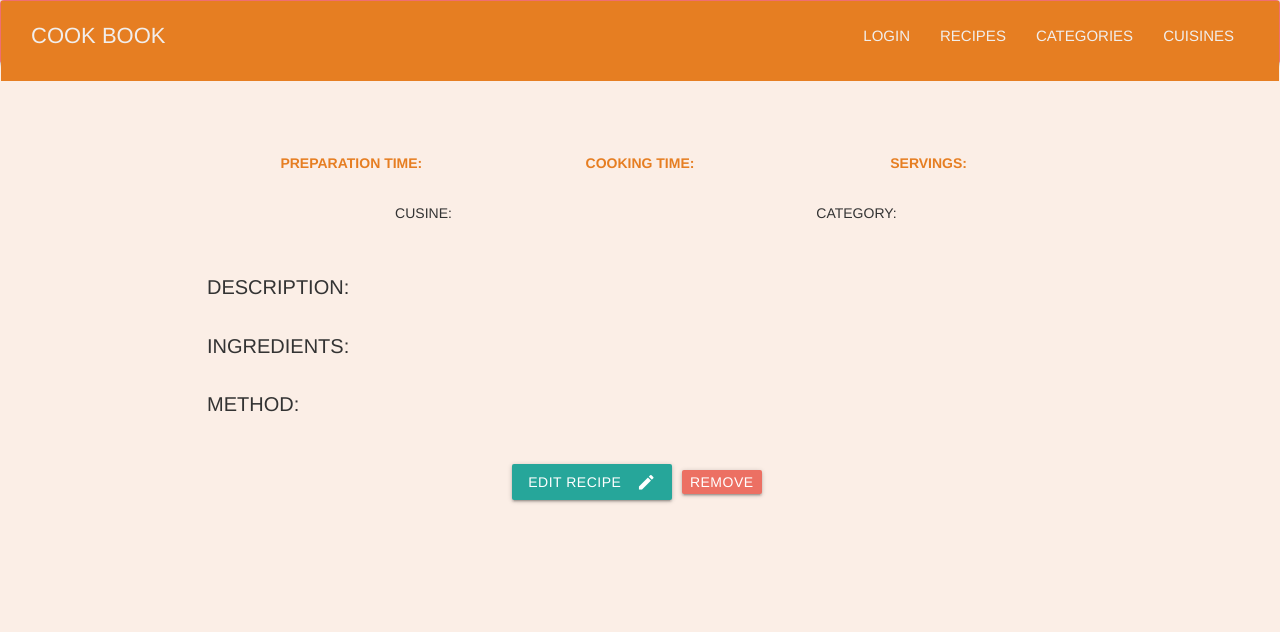
Repository: atena123/COOK-BOOK
Page: templates/viewrecipe.html
The author's editor kept a record of every edit. The page is drawn from the files as they stood at one moment, then again after the next edit.
The browser window is 1280 px wide. The pictures show the whole page.
Some web libraries are served in a nearby version. The page is served by the project's application, run on Flask 3 (app.py). The template is opened directly, without the code that normally fills it, so the values that code supplies are empty.

Above is the page before.

### templates/viewrecipe.html
{% extends 'base.html' %}

    {% block content %}


    <h3>{{recipe.recipe_name}}</h3>

    <div class="row small-headings">
        <div class="col s4 heading">
        <p>PREPARATION TIME: {{recipe.preparation_time}}</p>
        </div>
        <div class="col s4 heading">
        <p>COOKING TIME: {{recipe.cooking_time}}</p>
        </div>
        <div class="col s4 heading">
        <p>SERVINGS: {{recipe.recipe_servings}}</p>
        </div>
    </div>


    <div class="row">
        <div class="col s6 heading">
        <p>CUSINE: {{recipe.cusine_name}}</p>
        </div>
        <div class="col s6 heading">
        <p>CATEGORY: {{recipe.category_name}}</p>
        </div>
    </div>

        <p class="large-heading">DESCRIPTION:</p>
        {{recipe.recipe_description}}


        <p class="large-heading">INGREDIENTS:</p>
        {{recipe.recipe_ingredients}}


        <p class="large-heading">METHOD:</p>
        {{recipe.recipe_method}}



    <div class="row edit_recipe_button">
    <a href="{{url_for('edit_recipe', recipe_id=recipe._id)}}" class="waves-effect waves-light btn"><i class="material-icons right">edit</i>EDIT RECIPE</a>
    <a href="{{url_for('delete_recipe', recipe_id=recipe._id)}}" class="waves-effect waves-light btn button remove-button">REMOVE</a>
    </div>

    {% endblock %}

### templates/base.html
<!DOCTYPE html>
<html>
    <head>
        <meta http-equiv="X-UA-Compatible" content="IE=edge">
        <meta name="viewport" content="width=device-width, initial-scale=1">
        <link rel="stylesheet" href="https://maxcdn.bootstrapcdn.com/bootstrap/3.3.7/css/bootstrap.min.css" type="text/css" />
        <link href="https://fonts.googleapis.com/icon?family=Material+Icons" rel="stylesheet">
        <link rel="stylesheet" href="https://cdnjs.cloudflare.com/ajax/libs/materialize/1.0.0/css/materialize.min.css">
        <link rel="stylesheet" href="{{url_for('static', filename='css/style.css')}}" type="text/css" />
        <title>COOK BOOK</title>
    </head>
    <body>
        <!--Navbar-->
        <nav class="navbar">
            <div class="container-fluid navbar-container navbar-default bg-color-navbar">
                <div class="row">
                    <div class="col-xs-12">
                        <div class="navbar-header">
                            <button type="button" class="navbar-toggle collapsed" data-toggle="collapse" data-target="#bs-example-navbar-collapse-1" aria-expanded="false">
                                <span class="sr-only">Toggle navigation</span>
                                <span class="icon-bar"></span>
                                <span class="icon-bar"></span>
                                <span class="icon-bar"></span>
                            </button>
                            <a class="navbar-brand" href="{{url_for('find_recipes')}}">COOK BOOK</a>
                        </div>
                        <div class="collapse navbar-collapse" id="bs-example-navbar-collapse-1">
                            <ul class="nav navbar-nav navbar-right">
                                <li><a href="{{url_for('find_recipes')}}">LOGIN</a></li>
                                <li><a href="{{url_for('find_recipes')}}">RECIPES</a></li>
                                <li><a href="{{url_for('find_categories')}}">CATEGORIES</a></li>
                                <li><a href="{{url_for('find_cuisines')}}">CUISINES</a></li>
                            </ul>
                        </div>
                    </div>
                </div>
            </div>
        </nav>
        <!--/.Navbar-->
        <div class="container">
        {% block content %}

        {% endblock %}
        </div>
        <script src="https://code.jquery.com/jquery-3.3.1.min.js" integrity="sha256-FgpCb/KJQlLNfOu91ta32o/NMZxltwRo8QtmkMRdAu8=" crossorigin="anonymous"></script>
        <script src="https://maxcdn.bootstrapcdn.com/bootstrap/3.3.7/js/bootstrap.min.js" integrity="sha384-Tc5IQib027qvyjSMfHjOMaLkfuWVxZxUPnCJA7l2mCWNIpG9mGCD8wGNIcPD7Txa" crossorigin="anonymous"></script>
        <script src="https://cdnjs.cloudflare.com/ajax/libs/jquery/3.2.1/jquery.min.js"></script>
        <script src="https://cdnjs.cloudflare.com/ajax/libs/materialize/1.0.0/js/materialize.min.js"></script>
        <script type="text/javascript">
        $(document).ready(function(){
        $('.collapsible').collapsible();
        $('select').formSelect();
        });
        </script>

    </body>
</html>

### app.py
import os
from flask import Flask, render_template, redirect, request, url_for, session, flash
from flask_pymongo import PyMongo
from bson.objectid import ObjectId


from dotenv import load_dotenv
load_dotenv()

app = Flask(__name__)
app.secret_key =os.environ.get('SECRET_KEY')

app.config["MONGO_DBNAME"] ='COOK-BOOK'
app.config["MONGO_URI"]=os.environ.get('MONGO_URI')

mongo = PyMongo(app)






#-------------Registration & Login-------------


@app.route('/')
def index():
        return render_template('index.html')


@app.route('/login', methods=['POST'])
def login():
        users = mongo.db.users
        login_user = users.find_one({'name': request.form['username']})

        if login_user:
                if request.form['pass'] and login_user['password'] == login_user['password']:
                        session['username'] = request.form['username']
                        return redirect(url_for('find_recipes'))

        return redirect(url_for('register'))



@app.route('/register', methods=['POST', 'GET'])
def register():
        if request.method == 'POST':
            users = mongo.db.users
            existing_user = users.find_one({'name': request.form['username']})

            if existing_user is None:
                    hashpass = request.form['pass']
                    users.insert({'name': request.form['username'], 'password': hashpass})
                    session['username'] = request.form['username']
                    return redirect(url_for('index'))

            return render_template('register.html')

        return render_template('register.html')


@app.route('/logout')
def logout():
        session.pop('username', None)
        return redirect(url_for('index'))





#-------------RECIPES-------------


@app.route('/find_recipes')
def find_recipes():
        """Find Recipe Page"""
        return render_template("recipes.html", recipes=mongo.db.recipes.find(), categories=mongo.db.categories.find())


@app.route('/add_recipe')
def add_recipe():
        """Add Recipe Page"""
        all_categories = mongo.db.categories.find()
        all_cuisines = mongo.db.cuisines.find()
        return render_template('add_recipe.html', categories=all_categories, cuisines=all_cuisines)


@app.route('/find_recipes/<category>')
def find_recipes_by_category(category):
        """Find Recipe By Category"""
        return render_template("recipes.html", recipes=mongo.db.recipes.find({"category_name":category}), categories=mongo.db.categories.find())


@app.route('/insert_recipe', methods=['POST'])
def insert_recipe():
        """Enable To Add Recipe And Redirect To Recipe Page"""
        recipes=mongo.db.recipes
        recipes.insert_one(request.form.to_dict())
        return redirect(url_for('find_recipes'))


@app.route('/view_recipe/<recipe_id>')
def view_recipe(recipe_id):
        """Enable To View Particular Recipe"""
        recipes =  mongo.db.recipes
        my_recipe =  mongo.db.recipes.find_one({"_id": ObjectId(recipe_id)})
        return render_template('view_recipe.html', recipe=my_recipe)


@app.route('/edit_recipe/<recipe_id>')
def edit_recipe(recipe_id):
        """Enable To Edit Particular Recipe"""
        this_recipe = mongo.db.recipes.find_one({"_id": ObjectId(recipe_id)})
        all_categories = mongo.db.categories.find()
        all_cuisines = mongo.db.cuisines.find()
        return render_template('edit_recipe.html', recipe=this_recipe,
                            categories=all_categories, cuisines=all_cuisines)


@app.route('/update_recipe/<recipe_id>', methods= ['POST'])
def update_recipe(recipe_id):
        """Enable To Update Recipe And Redirect To Recipe Page"""
        recipes=mongo.db.recipes
        recipes.update({"_id": ObjectId(recipe_id)},

        {
        'category_name': request.form.get('category_name'),
        'recipe_name': request.form.get('recipe_name'),
        'recipe_ingredients': request.form.get('recipe_ingredients'),
        'recipe_method': request.form.get('recipe_method'),
        'recipe_description': request.form.get('recipe_description'),
        'preparation_time': request.form.get('preparation_time'),
        'recipe_servings': request.form.get('recipe_servings'),
        'cuisine_name': request.form.get('cuisine_name'),
        'cooking_time': request.form.get('cooking_time'),
        'name': request.form.get('name')
        })

        return redirect(url_for('find_recipes'))


@app.route('/delete_recipe/<recipe_id>')
def delete_recipe(recipe_id):
        """Enable To Delete Particular Recipe"""
        mongo.db.recipes.remove({'_id': ObjectId(recipe_id)})
        return redirect(url_for('find_recipes'))










#-------CATEGORIES--------

@app.route('/find_categories')
def find_categories():
        """Find Categories Page"""
        return render_template('categories.html', categories=mongo.db.categories.find())


@app.route('/new_category')
def new_category():
        """Add Category Page"""
        return render_template('add_category.html')


@app.route('/add_category', methods=['POST'])
def add_category():
        """Enable To Add Category And Redirect To Categories Page"""
        my_category = {'category_name': request.form.get('category_name')}
        mongo.db.categories.insert_one(my_category)
        return redirect(url_for('find_categories'))


@app.route('/edit_category/<category_id>')
def edit_category(category_id):
        """Edit Category Page"""
        return render_template('edit_category.html', category=mongo.db.categories.find_one({'_id': ObjectId(category_id)}))


@app.route('/update_category/<category_id>', methods=['POST'])
def update_category(category_id):
        """Enable To Update Category And Redirect To Cateories Page"""
        mongo.db.categories.update({'_id': ObjectId(category_id)}, {'category_name': request.form.get('category_name')})
        return redirect(url_for('find_categories'))








#-------Cuisines---------

@app.route('/find_cuisines')
def find_cuisines():
        """Cuisines Page"""
        return render_template('cuisines.html', cuisines=mongo.db.cuisines.find())


@app.route('/edit_cuisine/<cuisine_id>')
def edit_cuisine(cuisine_id):
        """Enable Edit Cuisine Page"""
        return render_template('edit_cuisine.html', cuisine=mongo.db.cuisines.find_one({'_id': ObjectId(cuisine_id)}))


@app.route('/add_cuisine')
def add_cuisine():
        """Add Cuisine Page"""
        return render_template('add_cuisine.html')


@app.route('/new_cuisine', methods=['POST'])
def new_cuisine():
        """Enable To Add New Cusine And Redirect To Cusines Page"""
        my_cuisine = {'cuisine_name': request.form.get('cuisine_name')}
        mongo.db.cuisines.insert_one(my_cuisine)
        return redirect(url_for('find_cuisines'))


@app.route('/update_cuisine/<cuisine_id>', methods=['POST'])
def update_cuisine(cuisine_id):
        """Enable To Update Cuisine And Redirect To Cuisines Page"""
        mongo.db.cuisines.update({'_id': ObjectId(cuisine_id)}, {'cuisine_name': request.form.get('cuisine_name')})
        return redirect(url_for('find_cuisines'))



if __name__ == '__main__':
        app.run(host=os.environ.get('IP'),
        port=int(os.environ.get('PORT')),
        debug=True)

### static/css/style.css
* {
    margin: 0;
    padding: 0;
}

body {
    background-color: #FBEEE6;
}

h3, h6 {
    text-align: center;
}

h6 {
    padding-bottom: 40px;
}

h1 {
    text-align: center;
    margin-top: 200px;
}

.login-form {
    text-align: center;
    padding-top: 20px;
}

/*------------------------View Page-----------------------*/

.heading {
    text-align: center;
}

.large-heading {
    font-size: 20px;
    padding-top: 20px;
}

.small-headings {
    padding-top: 40px;
}

.small-headings p {
    color: #E67E22;
    font-weight: bold;
}

/*-------------------------Small Buttons--------------------*/

.button {
    height: 24px;
    width: 80px;
    line-height: 24px;
    margin: 6px 6px;
    padding: 0 0.5em;

}

.small-buttons {
    text-align: right;
}

.view-button, .edit-button {
    background-color: #5DADE2;
}

.view-button:hover, .edit-button:hover {
    background-color: #2E86C1;
    color: white;
}

.remove-button {
    background-color: #EC7063;
}

.remove-button:hover {
    background-color: #CB4335;
    color: white;
}




/*-------------------------Big Buttons---------------*/


.add_recipe_button,
.update_recipe_button {
    text-align: center;
}

.edit_recipe_button {
    text-align: center;
    padding-top: 35px;
}



/*-------------------------Navbar-------------------------*/

.bg-color-navbar {
    background-color: #E67E22;
}

.navbar-default .navbar-brand {
    color: #F1EEEC;
    padding-top: 25px;
    font-size: 22px;
    transition: color 0.7s ease-in-out;
    -o-transition: color 0.7s ease-in-out;
    -moz-transition: color 0.7s ease-in-out;
    -webkit-transition: color 0.7s ease-in-out;
}


.navbar-default .navbar-brand:hover {
    color: #3B3B3A;
}


.navbar-default .navbar-nav>li>a {
    color: #F1EEEC;
    padding-top: 25px;
    transition: color 0.5s ease-in-out;
    -o-transition: color 0.5s ease-in-out;
    -moz-transition: color 0.5s ease-in-out;
    -webkit-transition: color 0.5s ease-in-out;

 }


.navbar-default .navbar-nav>li>a:hover {
    color: #3B3B3A;
}

After the next edit:
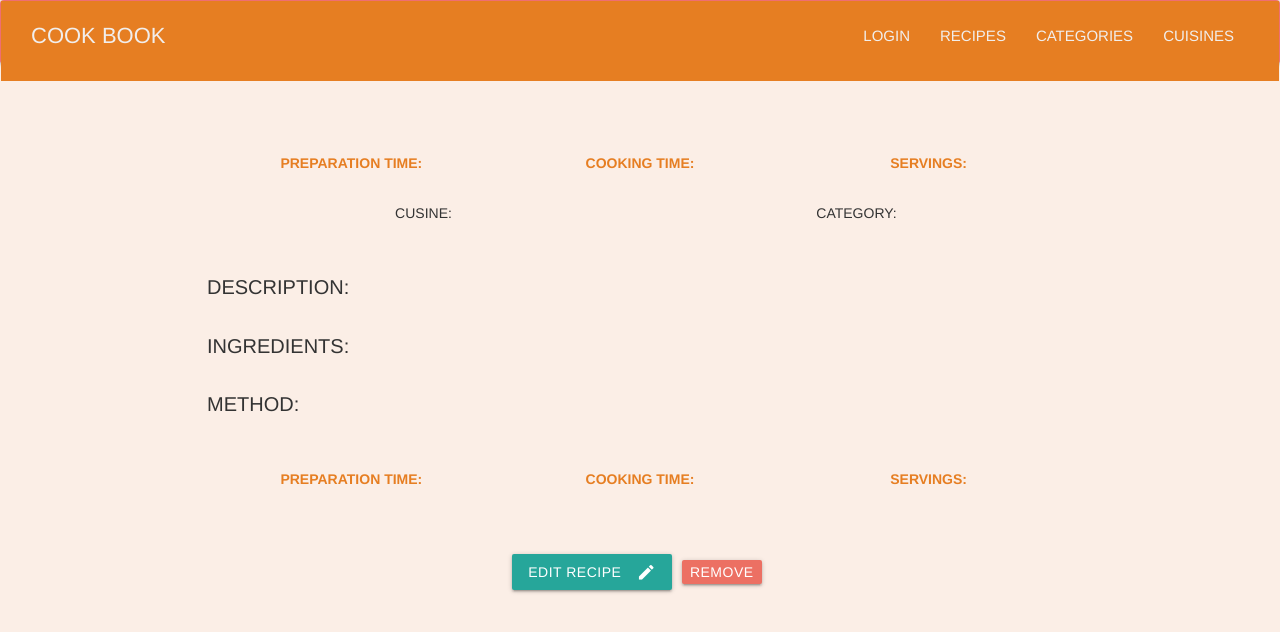
The edit:
--- a/templates/viewrecipe.html
+++ b/templates/viewrecipe.html
@@ -38,6 +38,18 @@
         <p class="large-heading">METHOD:</p>
         {{recipe.recipe_method}}
 
+    <div class="row small-headings">
+        <div class="col s4 heading">
+        <p>PREPARATION TIME: {{recipe.preparation_time}}</p>
+        </div>
+        <div class="col s4 heading">
+        <p>COOKING TIME: {{recipe.cooking_time}}</p>
+        </div>
+        <div class="col s4 heading">
+        <p>SERVINGS: {{recipe.recipe_servings}}</p>
+        </div>
+    </div>
+
 
 
     <div class="row edit_recipe_button">
